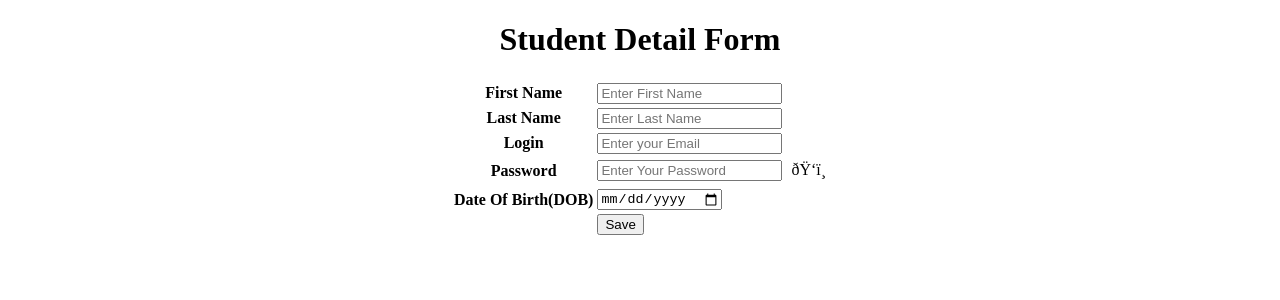
Repository: Abhi070717/Advance-Java
Page: http://localhost/jsp-servlet/UserForm.jsp
The author's editor kept a copy of each file at every save. The page is drawn from the files as they stood at one save, then again after the next save.
The browser window is 1280 px wide. The pictures show the whole page.
The page is served by Tomcat 9. Other server files are loaded and not shown.

Above is the page before, as saved 2026-01-21 10:30:27.

### Jsp-servlet/jsp-servlet/WebContent/UserForm.jsp
<%@ page language="java" contentType="text/html; charset=ISO-8859-1"
	pageEncoding="ISO-8859-1"%>
<!DOCTYPE html>
<html>
<head>
<meta charset="ISO-8859-1">
<title>Student Form</title>
<style>
.eye {
	cursor: pointer;
	margin-left: 5px;
}
</style>
<link rel="stylesheet"
	href="https://cdnjs.cloudflare.com/ajax/libs/font-awesome/6.5.0/css/all.min.css">
<script>
	function togglePassword() {
		var pwd = document.getElementById("password");
		if (pwd.type === "password") {
			pwd.type = "text";
		} else {
			pwd.type = "password";
		}
	}
</script>
</head>
<body>

	<div align="center">

		<form>
			<h1>Student Detail Form</h1>
			<table>
				<tr>
					<th>First Name</th>
					<td><input type="text" name="firstName" value=""
						placeholder="Enter First Name"></td>
				</tr>
				<tr>
					<th>Last Name</th>
					<td><input type="text" name="lastName" value=""
						placeholder="Enter Last Name"></td>
				</tr>
				<tr>
					<th>Login</th>
					<td><input type="email" name="login" value=""
						placeholder="Enter your Email"></td>
				</tr>
				<tr>
					<th>Password</th>
					<td><input type="password" id="password" name="password"
						placeholder="Enter Your Password"> <span class="eye"
						onclick="togglePassword()">👁️</span></td>
				</tr>

				<tr>
					<th>Date Of Birth(DOB)</th>
					<td><input type="date" name="DOB" value=""></td>
				</tr>
				<tr>
					<th></th>
					<td><input type="Submit" name="operation" value="Save"></td>
				</tr>
			</table>

		</form>

	</div>

</body>
</html>

After the next save:
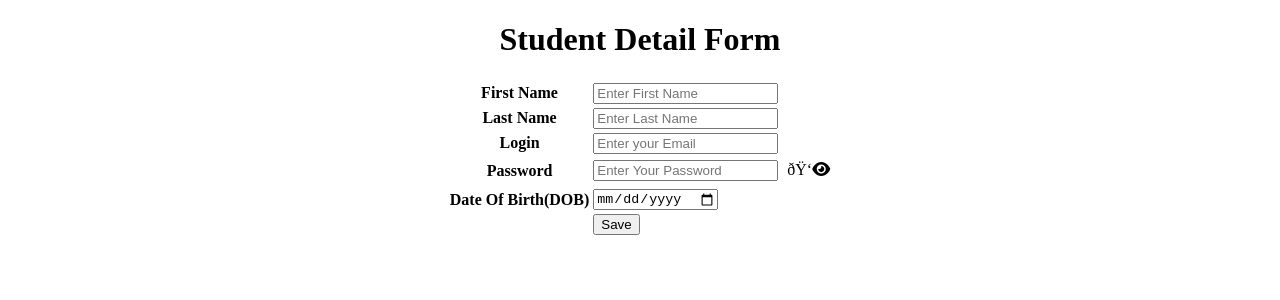
Saved 11 s later.
--- a/Jsp-servlet/jsp-servlet/WebContent/UserForm.jsp
+++ b/Jsp-servlet/jsp-servlet/WebContent/UserForm.jsp
@@ -50,7 +50,7 @@
 					<th>Password</th>
 					<td><input type="password" id="password" name="password"
 						placeholder="Enter Your Password"> <span class="eye"
-						onclick="togglePassword()">👁️</span></td>
+						onclick="togglePassword()">👁<i class="fa fa-eye"></i></span></td>
 				</tr>
 
 				<tr>
